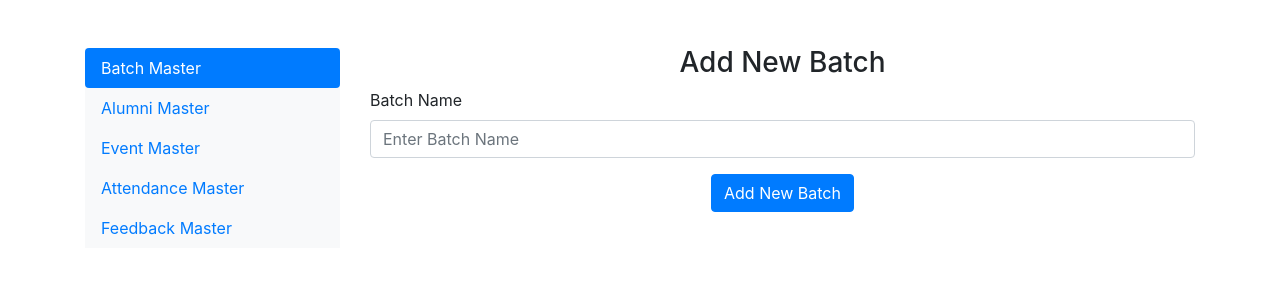
Repository: Shreyash1107/Web_Projects
Page: http://localhost/AlumnieventmanagementApplication/
The author's editor kept a copy of each file at every save. The page is drawn from the files as they stood at one save, then again after the next save.
The browser window is 1280 px wide. The pictures show the whole page.
The page is served by Tomcat 9. Nobody is signed in. The application's start-up code is not run.

Above is the page before, as saved 2024-07-30 08:13:42.

After the next save:
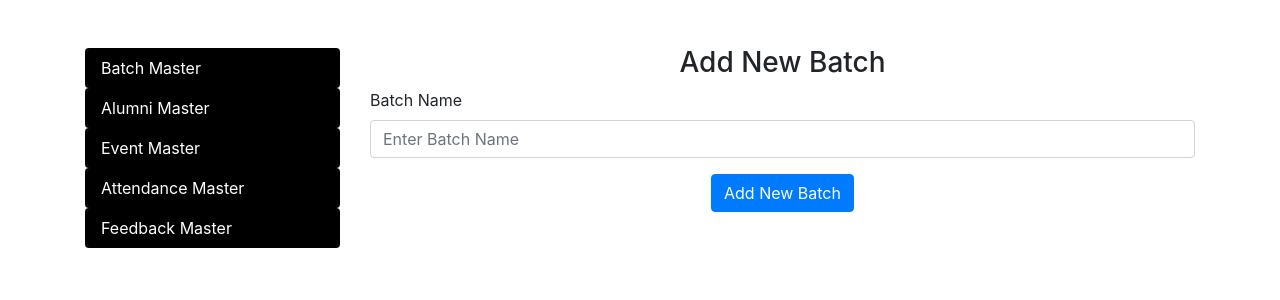
Saved 9 h 15 min later.
--- a/AlumnieventmanagementApplication/src/main/webapp/CSS/home.css
+++ b/AlumnieventmanagementApplication/src/main/webapp/CSS/home.css
@@ -2,3 +2,16 @@
 {
 	margin-top: -50px;
 }
+/* home.css */
+
+/* Change background color of nav links */
+.nav-pills .nav-link {
+    background-color: black;
+    color: white; /* Optionally change text color to white */
+}
+
+/* Active link styles */
+.nav-pills .nav-link.active, .nav-pills .show>.nav-link {
+    background-color: black; /* Adjust active link background color */
+    color: white; /* Adjust active link text color */
+}

After the 6 saves that followed:
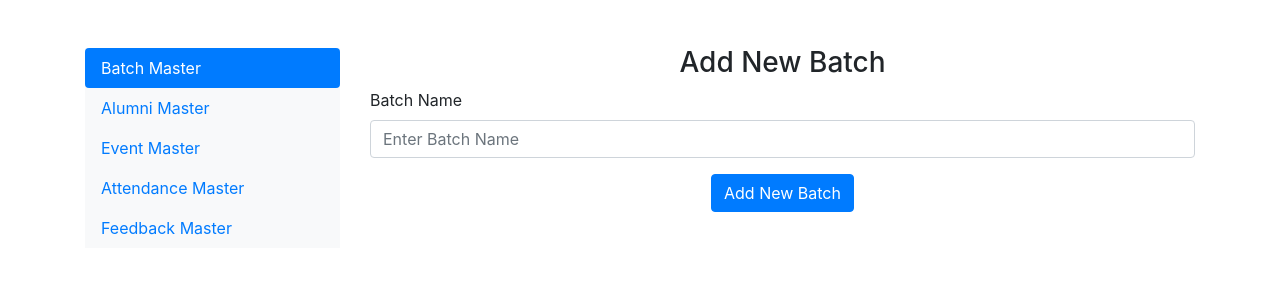
The 6 saves are shown as one change because 4 left the picture as it was and some came seconds apart.
The last was saved 2 min 29 s later.
--- a/AlumnieventmanagementApplication/src/main/webapp/CSS/home.css
+++ b/AlumnieventmanagementApplication/src/main/webapp/CSS/home.css
@@ -2,16 +2,3 @@
 {
 	margin-top: -50px;
 }
-/* home.css */
-
-/* Change background color of nav links */
-.nav-pills .nav-link {
-    background-color: black;
-    color: white; /* Optionally change text color to white */
-}
-
-/* Active link styles */
-.nav-pills .nav-link.active, .nav-pills .show>.nav-link {
-    background-color: black; /* Adjust active link background color */
-    color: white; /* Adjust active link text color */
-}
